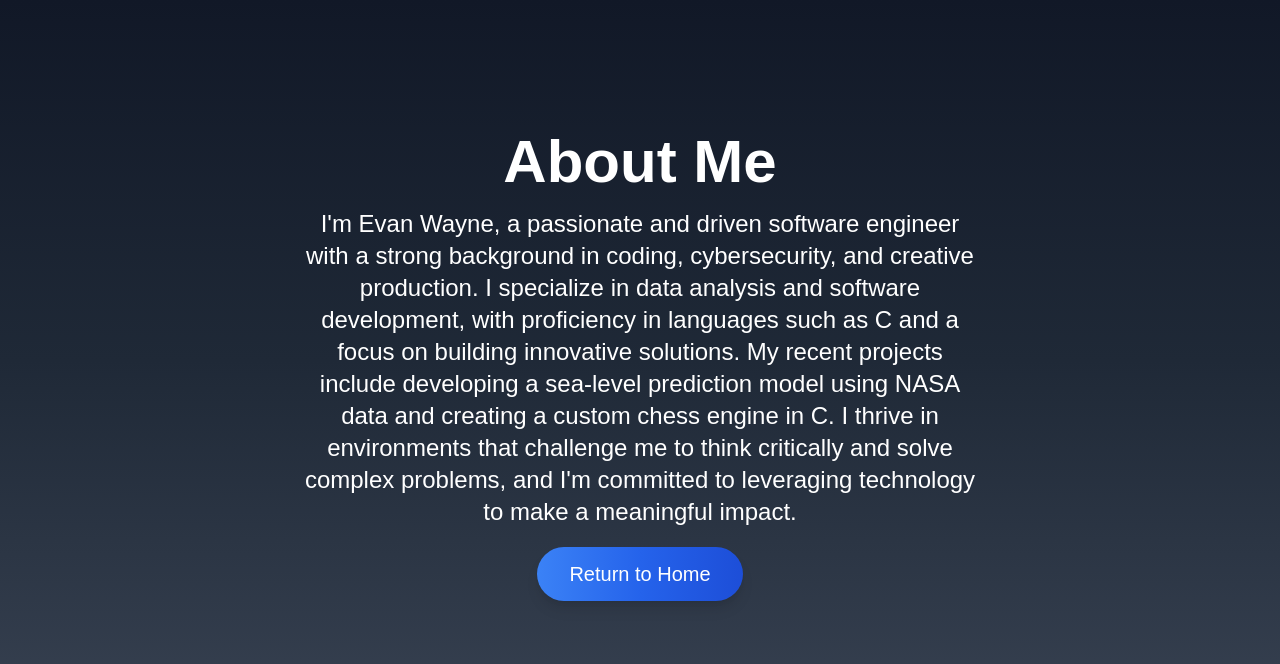
Repository: evnwyn/Evan-Wayne-s-Portfolio
Page: /about
The author's editor kept a copy of each file at every save. The page is drawn from the files as they stood at one save, then again after the next save.
The browser window is 1280 px wide. The pictures show the whole page.
The project was rebuilt for these pictures with package versions that can differ from the ones it lists, and the page was loaded fresh each time. The framework's server and built-in components were replaced by stand-ins that run in the browser. Also part of the build but not shown: next.config.js.

Above is the page before, as saved 2024-10-09 21:12:38.

### src/app/layout.tsx
// app/layout.tsx

import '~/styles/globals.css'; // Import your global styles
import { type Metadata } from 'next';
import { ReactNode } from 'react';

export const metadata: Metadata = {
  title: 'Evan Wayne | Portfolio',
  description: 'This is my personal portfolio website',
  icons: [{ rel: 'icon', url: '/favicon.ico' }],
};

export default function RootLayout({ children }: { children: ReactNode }) {
  return (
    <html lang="en">
      <body className="min-h-screen flex flex-col bg-gradient-to-b from-gray-900 via-gray-800 to-gray-700">
        {/* Main content area, flex-grow ensures this stretches to fill the viewport */}
        <main className="flex-grow flex flex-col">{children}</main>
        <footer className="text-center text-white py-4">
          © {new Date().getFullYear()} Evan Wayne
        </footer>
      </body>
    </html>
  );
}

### src/app/about/page.tsx
// app/about/page.tsx

import React from 'react';
import Link from 'next/link'; // Import the Link component

export default function About() {
  return (
    <div className="min-h-screen flex flex-col items-center justify-center bg-gradient-to-b from-gray-900 via-gray-800 to-gray-700 font-sans"> {/* Apply the modern font */}
      <h1 className="text-6xl font-bold text-white transition-all duration-500 hover:text-gray-300 mb-4">
        About Me
      </h1>
      <p className="text-2xl text-center text-white max-w-2xl">
        I'm Evan Wayne, a passionate and driven software engineer with a strong background in coding, cybersecurity, and creative production. I specialize in data analysis and software development, with proficiency in languages such as C and a focus on building innovative solutions. My recent projects include developing a sea-level prediction model using NASA data and creating a custom chess engine in C. I thrive in environments that challenge me to think critically and solve complex problems, and I'm committed to leveraging technology to make a meaningful impact.
      </p>

      <div className="mt-8">
        <Link href="/" className="bg-gradient-to-r from-blue-500 via-blue-600 to-blue-700 text-white text-xl px-8 py-4 rounded-full shadow-lg transform hover:scale-110 transition-transform duration-500 ease-out hover:shadow-2xl">
          Return to Home
        </Link>
      </div>
    </div>
  );
}

### src/styles/globals.css
@tailwind base;
@tailwind components;
@tailwind utilities;
@import url('https://fonts.googleapis.com/css2?family=Poppins:wght@300;400;500;600;700&display=swap');

/* Apply the Poppins font globally */
html, body {
  height: 100%;
  margin: 0;
  padding: 0;
  font-family: 'Poppins', sans-serif; /* Apply Poppins globally */
}
/* Eliminate margin, padding, and overflow issues */
html, body {
  height: 100%;
  margin: 0;
  padding: 0;
  overflow: hidden; /* Hide any potential overflow */
}

/* Make sure the Next.js root div takes up full height */
#__next {
  min-height: 100%;
  display: flex;
  flex-direction: column;
  justify-content: flex-start; /* Ensure content starts from the top */
}

/* Ensure main content stretches to fill the remaining space */
main {
  flex-grow: 1;
  display: flex;
  flex-direction: column;
}

/* Reset margins and paddings */
* {
  margin: 0;
  padding: 0;
  box-sizing: border-box;
}

Loaded but not shown: tailwind.config.ts (common file)

After the next save:
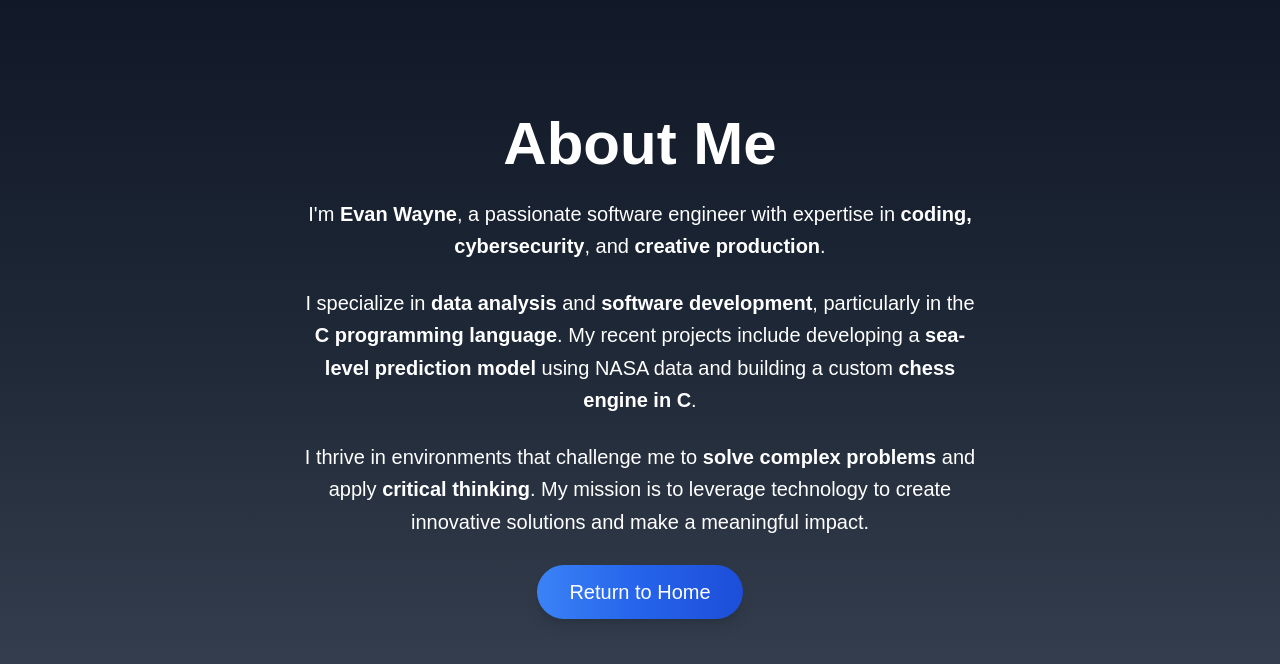
Saved 119 s later.
--- a/src/app/about/page.tsx
+++ b/src/app/about/page.tsx
@@ -5,15 +5,23 @@ import Link from 'next/link'; // Import the Link component
 
 export default function About() {
   return (
-    <div className="min-h-screen flex flex-col items-center justify-center bg-gradient-to-b from-gray-900 via-gray-800 to-gray-700 font-sans"> {/* Apply the modern font */}
-      <h1 className="text-6xl font-bold text-white transition-all duration-500 hover:text-gray-300 mb-4">
+    <div className="min-h-screen flex flex-col items-center justify-center bg-gradient-to-b from-gray-900 via-gray-800 to-gray-700 font-sans px-4">
+      <h1 className="text-6xl font-bold text-white transition-all duration-500 hover:text-gray-300 mb-6">
         About Me
       </h1>
-      <p className="text-2xl text-center text-white max-w-2xl">
-        I'm Evan Wayne, a passionate and driven software engineer with a strong background in coding, cybersecurity, and creative production. I specialize in data analysis and software development, with proficiency in languages such as C and a focus on building innovative solutions. My recent projects include developing a sea-level prediction model using NASA data and creating a custom chess engine in C. I thrive in environments that challenge me to think critically and solve complex problems, and I'm committed to leveraging technology to make a meaningful impact.
-      </p>
+      <div className="text-xl leading-relaxed text-white max-w-2xl text-center space-y-6">
+        <p>
+          I'm <span className="font-semibold">Evan Wayne</span>, a passionate software engineer with expertise in <span className="font-semibold">coding, cybersecurity</span>, and <span className="font-semibold">creative production</span>.
+        </p>
+        <p>
+          I specialize in <span className="font-semibold">data analysis</span> and <span className="font-semibold">software development</span>, particularly in the <span className="font-semibold">C programming language</span>. My recent projects include developing a <span className="font-semibold">sea-level prediction model</span> using NASA data and building a custom <span className="font-semibold">chess engine in C</span>.
+        </p>
+        <p>
+          I thrive in environments that challenge me to <span className="font-semibold">solve complex problems</span> and apply <span className="font-semibold">critical thinking</span>. My mission is to leverage technology to create innovative solutions and make a meaningful impact.
+        </p>
+      </div>
 
-      <div className="mt-8">
+      <div className="mt-10">
         <Link href="/" className="bg-gradient-to-r from-blue-500 via-blue-600 to-blue-700 text-white text-xl px-8 py-4 rounded-full shadow-lg transform hover:scale-110 transition-transform duration-500 ease-out hover:shadow-2xl">
           Return to Home
         </Link>
